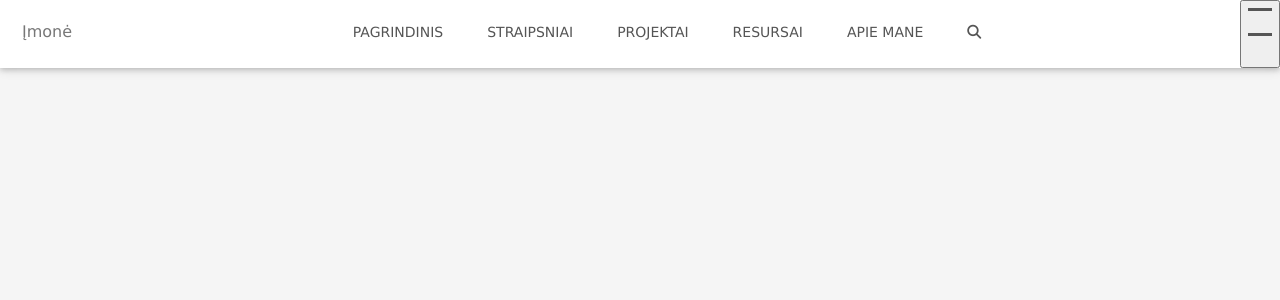
Repository: motiejus1/14-paskaita-05.31
Page: index.html
The author's editor kept a copy of each file at every save. The page is drawn from the files as they stood at one save, then again after the next save.
The browser window is 1280 px wide. The pictures show the whole page.
Some web libraries are served in a nearby version.

Above is the page before, as saved 2021-06-23 19:41:28.

After the next save:
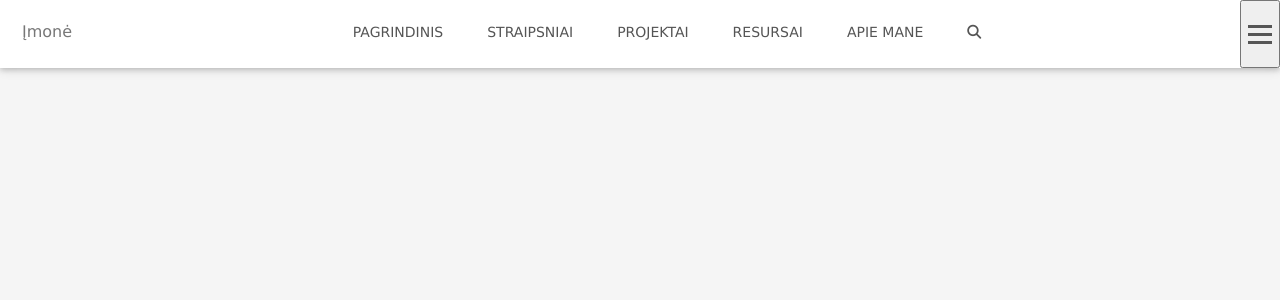
Saved 4 s later.
--- a/index.html
+++ b/index.html
@@ -79,7 +79,7 @@
         }
 
         .icon {
-            positi
+            position:relative;
         }
 
         .icon, .icon:after, .icon:before {
